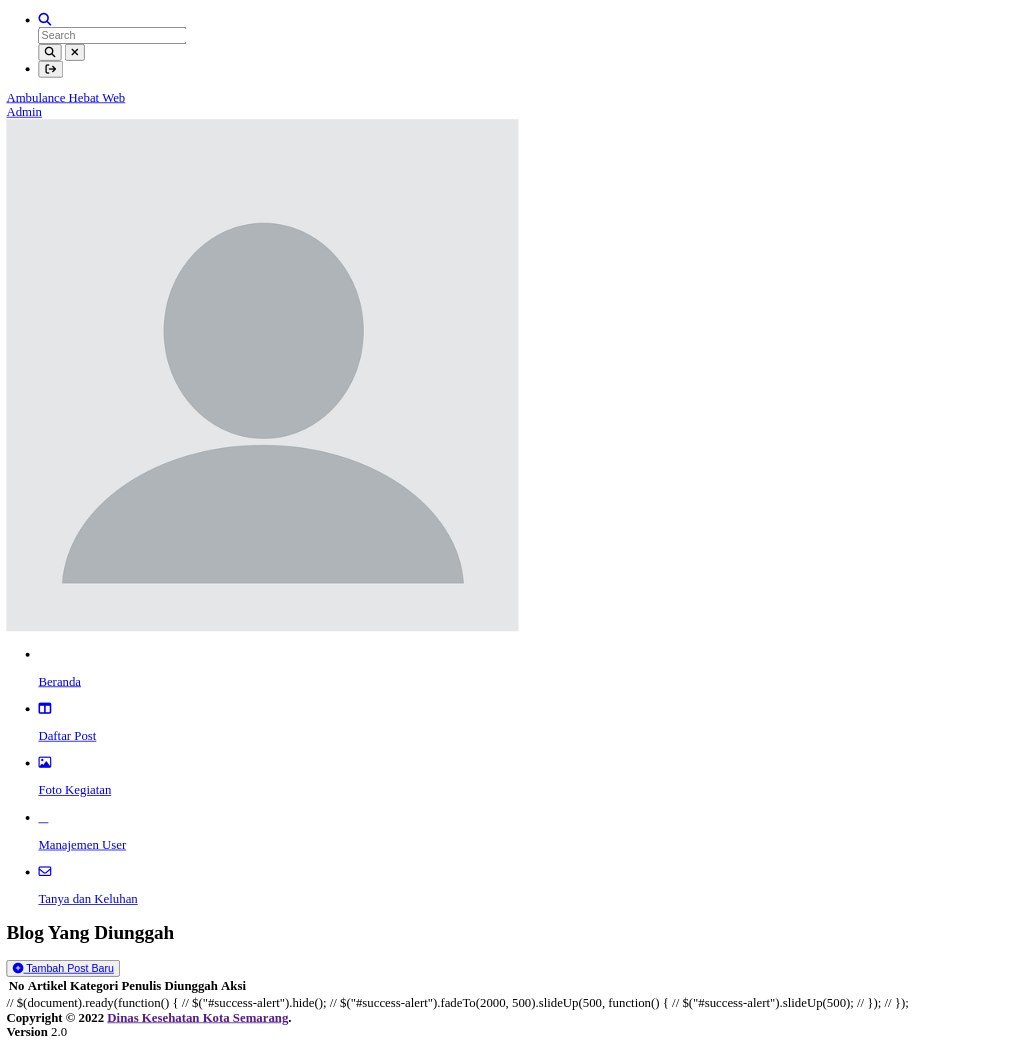
Repository: roningrum/admin-aha
Page: resources/views/dashboard/post/posts.blade.php
An editor plug-in stored every save of this project. The page is shown before and after the next save, followed by the edit.
The browser window is 1280 px wide. The pictures show the whole page, at 80% of full size.
Some icons come from a web library that is not loaded, so they are not drawn. Some web fonts or font styles are not loaded; a fallback is used. Some web libraries are served in a nearby version. The page is served by the project's Laravel application, run on PHP 8.4 with Laravel 8. The template is opened directly, without the code that normally fills it, so the values that code supplies are empty.

Above is the page before, as saved 2022-11-23 14:57:34.
Console error: SyntaxError: Unexpected token '<'

After the next save:
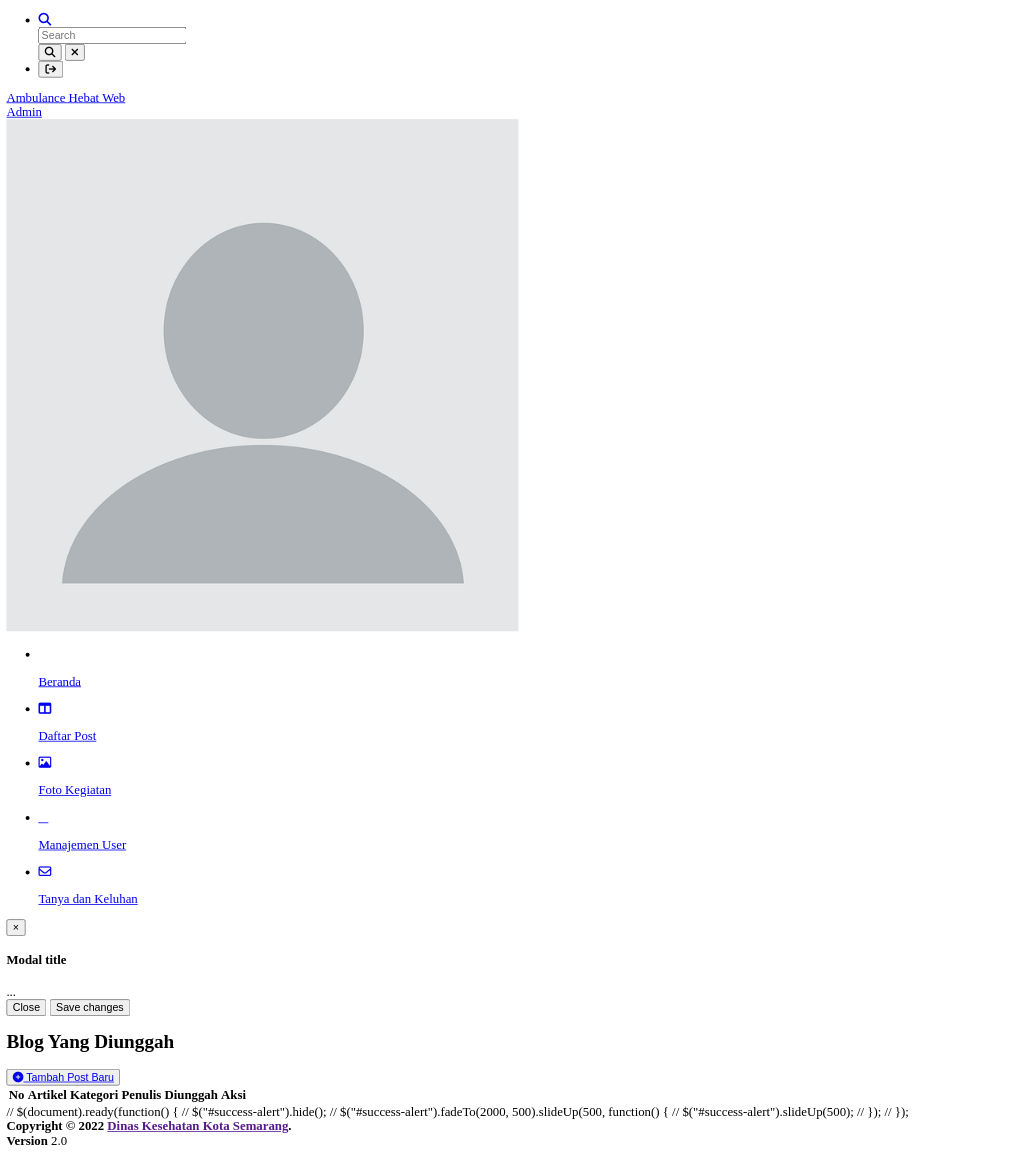
Saved 21 s later.
--- a/resources/views/dashboard/post/posts.blade.php
+++ b/resources/views/dashboard/post/posts.blade.php
@@ -1,5 +1,26 @@
 @extends('dashboard.layouts.main-layout')
 @section('content')
+<div class="modal fade" id="myModal" tabindex="-1" role="dialog" aria-labelledby="myModalLabel">
+    <div class="modal-dialog" role="document">
+      <div class="modal-content">
+        <div class="modal-header">
+
+          <!-- CLOSE BUTTON 1 -->
+          <button type="button" class="close" data-dismiss="modal" aria-label="Close"><span aria-hidden="true">&times;</span></button>
+
+          <h4 class="modal-title" id="myModalLabel">Modal title</h4>
+        </div>
+        <div class="modal-body">
+          ...
+        </div>
+        <div class="modal-footer">
+          <!-- CLOSE BUTTON 2 -->
+          <button type="button" class="btn btn-default" data-dismiss="modal">Close</button>
+          <button type="button" class="btn btn-primary">Save changes</button>
+        </div>
+      </div>
+    </div>
+  </div>
     <div class="content-wrapper">
         <!-- Content Header (Page header) -->
         <section class="content-header">
